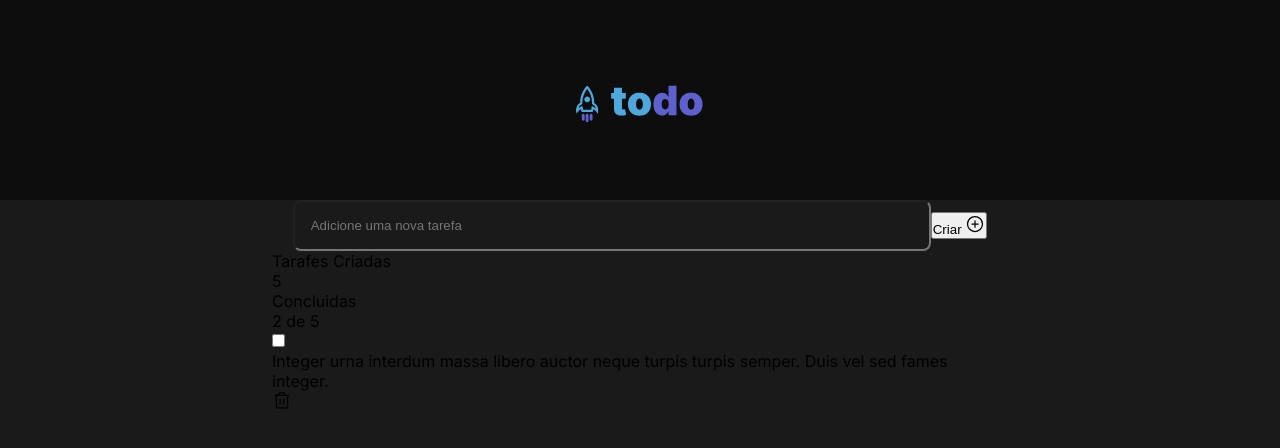
Repository: guilhermecardoso93/todolistreact
Page: /
An editor plug-in stored every save of this project. The page is shown before and after the next save, followed by the edit.
The browser window is 1280 px wide. The pictures show the whole page.
The project was rebuilt for these pictures with package versions that can differ from the ones it lists, and the page was loaded fresh each time. Also part of the build but not shown: vite.config.ts.

Above is the page before, as saved 2022-07-02 18:39:10.

After the next save:
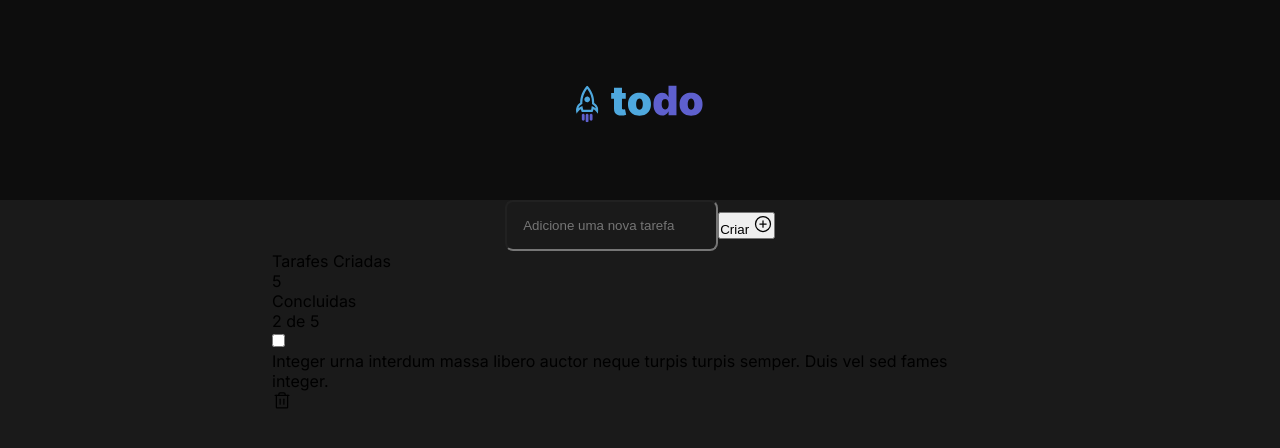
Saved 24 s later.
--- a/src/TasksBar.module.css
+++ b/src/TasksBar.module.css
@@ -5,6 +5,7 @@
 
 .container input {
   background: var(--grey-500);
+  color: var(--grey-300)
   width: 638px;
   padding:1rem;
   border-radius:8px;

After the save that followed:
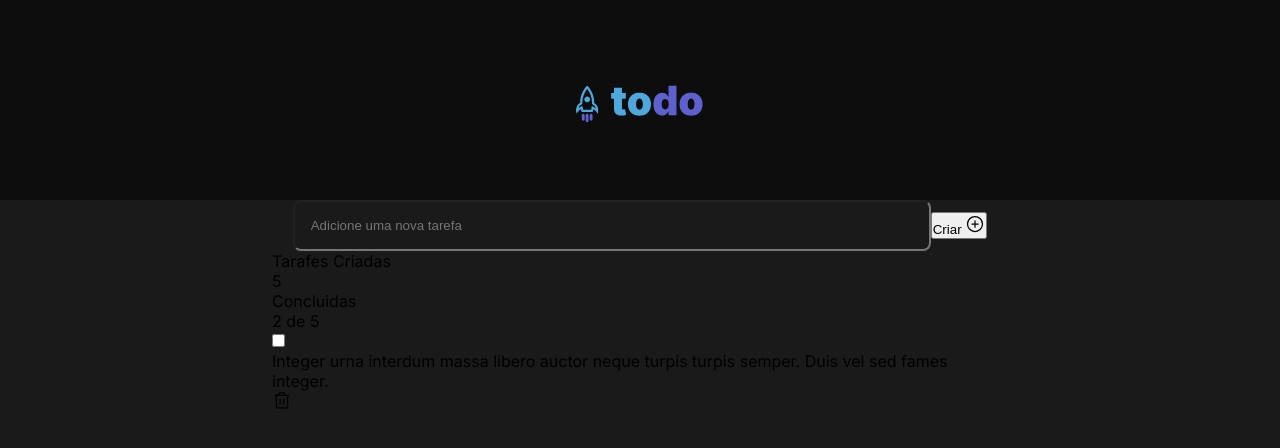
Saved 6 s later.
--- a/src/TasksBar.module.css
+++ b/src/TasksBar.module.css
@@ -5,7 +5,7 @@
 
 .container input {
   background: var(--grey-500);
-  color: var(--grey-300)
+  color: var(--grey-300);
   width: 638px;
   padding:1rem;
   border-radius:8px;
